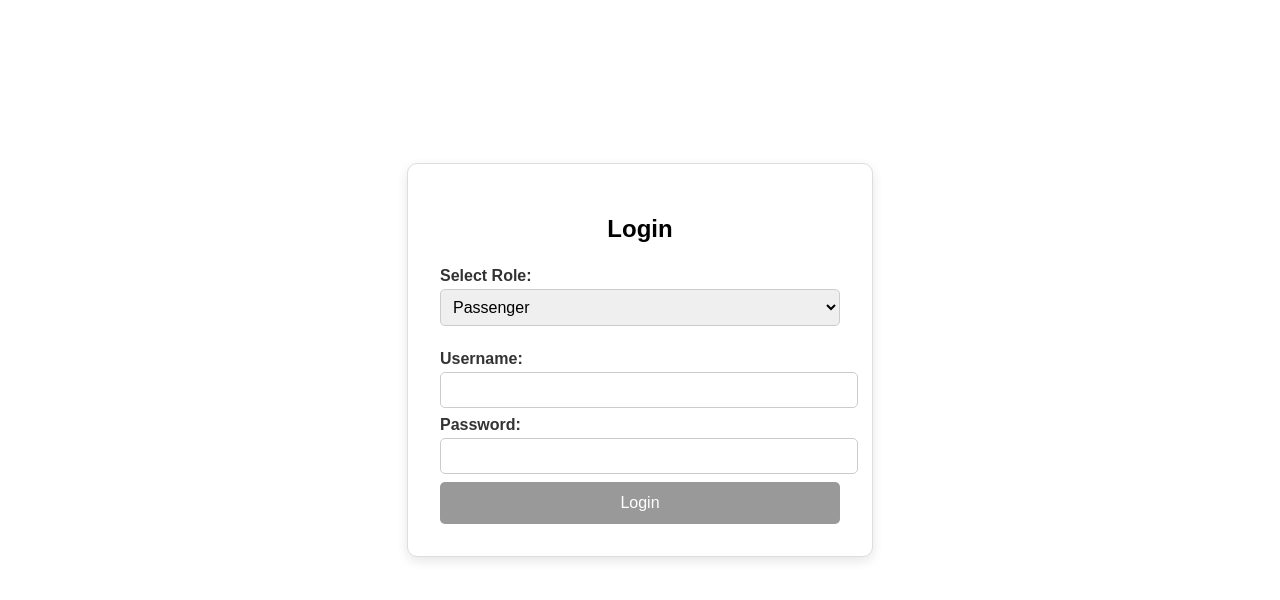
Repository: Shenes35/Booking-system
Page: / (app in frontend/)
The author's editor kept a copy of each file at every save. The page is drawn from the files as they stood at one save, then again after the next save.
The browser window is 1280 px wide. The pictures show the whole page.
The project was rebuilt for these pictures with package versions that can differ from the ones it lists, and the page was loaded fresh each time. Also part of the build but not shown: frontend/src/components/ErrorBoundary.jsx.

Above is the page before, as saved 2025-05-19 20:04:07.

### frontend/src/index.js
import React from 'react';
import ReactDOM from 'react-dom/client';
import './index.css';
import App from './App.jsx';       // ONLY one import of App
import reportWebVitals from './reportWebVitals';

const root = ReactDOM.createRoot(document.getElementById('root'));
root.render(
  <React.StrictMode>
    <App />
  </React.StrictMode>
);

reportWebVitals();

### frontend/src/App.jsx
// App.jsx
import React, { Suspense } from 'react';
import { BrowserRouter as Router, Routes, Route, Navigate } from 'react-router-dom';

import { AuthProvider, AuthContext } from './context/AuthContext';
import { FlightsProvider } from './context/FlightsContext';

// Lazy load components for code splitting
const LoginPage = React.lazy(() => import('./components/LoginPage'));
const AdminDashboard = React.lazy(() => import('./components/AdminDashboard'));
const PassengerWindow = React.lazy(() => import('./components/PassengerWindow'));
const ErrorBoundary = React.lazy(() => import('./components/ErrorBoundary'));

// ProtectedRoute component for route guarding
const ProtectedRoute = ({ children, allowedRoles }) => {
  const { user } = React.useContext(AuthContext);

  if (!user || !allowedRoles.includes(user.role)) {
    // User not logged in or unauthorized role - redirect to login
    return <Navigate to="/" replace />;
  }

  // Authorized access
  return children;
};

const App = () => {
  return (
    <AuthProvider>
      <FlightsProvider>
        <Router>
          <Suspense fallback={<div>Loading...</div>}>
            <ErrorBoundary>
              <Routes>
                {/* Public Route */}
                <Route path="/" element={<LoginPage />} />

                {/* Protected Admin Route */}
                <Route
                  path="/admin"
                  element={
                    <ProtectedRoute allowedRoles={['admin']}>
                      <AdminDashboard />
                    </ProtectedRoute>
                  }
                />

                {/* Protected Passenger Route */}
                <Route
                  path="/passenger"
                  element={
                    <ProtectedRoute allowedRoles={['passenger']}>
                      <PassengerWindow />
                    </ProtectedRoute>
                  }
                />

                {/* Catch-all redirect */}
                <Route path="*" element={<Navigate to="/" replace />} />
              </Routes>
            </ErrorBoundary>
          </Suspense>
        </Router>
      </FlightsProvider>
    </AuthProvider>
  );
};

export default App;

### frontend/src/context/AuthContext.jsx
// context/AuthContext.jsx
import React, { createContext, useState, useEffect, useMemo } from 'react';

// Create the AuthContext
export const AuthContext = createContext();

export const AuthProvider = ({ children }) => {
  // Initialize user from localStorage or null
  const [user, setUser] = useState(() => {
    try {
      const savedUser = localStorage.getItem('user');
      return savedUser ? JSON.parse(savedUser) : null;
    } catch (error) {
      console.error("Failed to parse user from localStorage:", error);
      return null;
    }
  });

  // Update localStorage whenever user changes (except when user is null, remove item)
  useEffect(() => {
    if (user) {
      localStorage.setItem('user', JSON.stringify(user));
    } else {
      localStorage.removeItem('user');
    }
  }, [user]);

  // Login function sets user info (e.g., role and username)
  const login = (role, username) => {
    setUser({ role, username });
  };

  // Logout clears user info
  const logout = () => {
    setUser(null);
  };

  // Derived state for convenience
  const isAuthenticated = !!user;

  // Memoize the context value to avoid unnecessary re-renders
  const value = useMemo(() => ({
    user,
    isAuthenticated,
    login,
    logout,
  }), [user, isAuthenticated]);

  return (
    <AuthContext.Provider value={value}>
      {children}
    </AuthContext.Provider>
  );
};

### frontend/src/context/FlightsContext.jsx
import React, { createContext, useReducer, useEffect } from "react";

// Initial state loaded from localStorage or empty array if none
const initialState = JSON.parse(localStorage.getItem("flights")) || [];

// Reducer to manage flights state: add, clear, update, delete (example cases)
function flightsReducer(state, action) {
  switch (action.type) {
    case "ADD_FLIGHT":
      return [...state, action.payload];

    case "UPDATE_FLIGHT":
      return state.map(flight =>
        flight.id === action.payload.id ? action.payload : flight
      );

    case "DELETE_FLIGHT":
      return state.filter(flight => flight.id !== action.payload.id);

    case "CLEAR_FLIGHTS":
      return [];

    default:
      return state;
  }
}

// Create FlightsContext
export const FlightsContext = createContext();

// FlightsProvider component to wrap app parts needing flights state
export const FlightsProvider = ({ children }) => {
  const [flights, dispatch] = useReducer(flightsReducer, initialState);

  // Sync flights state to localStorage on every change
  useEffect(() => {
    localStorage.setItem("flights", JSON.stringify(flights));
  }, [flights]);

  return (
    <FlightsContext.Provider value={{ flights, dispatch }}>
      {children}
    </FlightsContext.Provider>
  );
};

### frontend/src/components/LoginPage.jsx
import React, { useState, useContext } from 'react';
import { AuthContext } from '../context/AuthContext';
import { useNavigate } from 'react-router-dom';

const LoginPage = () => {
  const { login } = useContext(AuthContext);
  const [role, setRole] = useState('passenger');
  const [username, setUsername] = useState('');
  const [password, setPassword] = useState('');
  const [errors, setErrors] = useState({});
  const navigate = useNavigate();

  const validate = () => {
    const newErrors = {};
    if (!username.trim()) newErrors.username = 'Username is required';
    if (!password.trim()) newErrors.password = 'Password is required';
    return newErrors;
  };

  const handleSubmit = (e) => {
    e.preventDefault();
    const validationErrors = validate();
    if (Object.keys(validationErrors).length > 0) {
      setErrors(validationErrors);
      return;
    }
    setErrors({});
    login(role, username);
    setPassword('');
    if (role === 'admin') navigate('/admin');
    else navigate('/passenger');
  };

  const pageStyle = {
    minHeight: '100vh',
    backgroundColor: '#gggg', // light background
    display: 'flex',
    justifyContent: 'center',
    alignItems: 'center'
  };

  const containerStyle = {
    width: '100%',
    maxWidth: '400px',
    padding: '2rem',
    border: '1px solid #ddd',
    borderRadius: '10px',
    boxShadow: '0 4px 12px rgba(0, 0, 0, 0.1)',
    backgroundColor: '#fff',
    fontFamily: 'Arial, sans-serif'
  };

  const labelStyle = {
    fontWeight: 'bold',
    marginBottom: '0.25rem',
    display: 'block',
    color: '#333'
  };

  const inputStyle = {
    width: '100%',
    padding: '0.5rem',
    borderRadius: '5px',
    border: '1px solid #ccc',
    marginBottom: '0.5rem',
    fontSize: '1rem'
  };

  const errorStyle = {
    color: 'red',
    fontSize: '0.875rem',
    marginBottom: '0.5rem'
  };

  const buttonStyle = {
    width: '100%',
    padding: '0.75rem',
    backgroundColor: '#007bff',
    color: '#fff',
    border: 'none',
    borderRadius: '5px',
    fontSize: '1rem',
    cursor: 'pointer',
    transition: 'background-color 0.3s ease'
  };

  const disabledButtonStyle = {
    ...buttonStyle,
    backgroundColor: '#999',
    cursor: 'not-allowed'
  };

  return (
    <div style={pageStyle}>
      <main style={containerStyle}>
        <h2 style={{ textAlign: 'center', marginBottom: '1.5rem' }}>Login</h2>
        <form onSubmit={handleSubmit} noValidate>
          <div style={{ marginBottom: '1rem' }}>
            <label htmlFor="role-select" style={labelStyle}>Select Role:</label>
            <select
              id="role-select"
              value={role}
              onChange={e => setRole(e.target.value)}
              style={inputStyle}
              aria-label="Select user role"
            >
              <option value="admin">Admin</option>
              <option value="passenger">Passenger</option>
            </select>
          </div>

          <div>
            <label htmlFor="username" style={labelStyle}>Username:</label>
            <input
              id="username"
              name="username"
              type="text"
              value={username}
              onChange={e => setUsername(e.target.value)}
              autoComplete="username"
              style={inputStyle}
              aria-describedby="username-error"
            />
            {errors.username && <div id="username-error" style={errorStyle}>{errors.username}</div>}
          </div>

          <div>
            <label htmlFor="password" style={labelStyle}>Password:</label>
            <input
              id="password"
              name="password"
              type="password"
              value={password}
              onChange={e => setPassword(e.target.value)}
              autoComplete="current-password"
              style={inputStyle}
              aria-describedby="password-error"
            />
            {errors.password && <div id="password-error" style={errorStyle}>{errors.password}</div>}
          </div>

          <button
            type="submit"
            disabled={!username.trim() || !password.trim()}
            style={!username.trim() || !password.trim() ? disabledButtonStyle : buttonStyle}
          >
            Login
          </button>
        </form>
      </main>
    </div>
  );
};

export default LoginPage;

Loaded but not shown: frontend/public/index.html (common file); frontend/src/index.css (common file); frontend/src/reportWebVitals.js (common file)

After the next save:
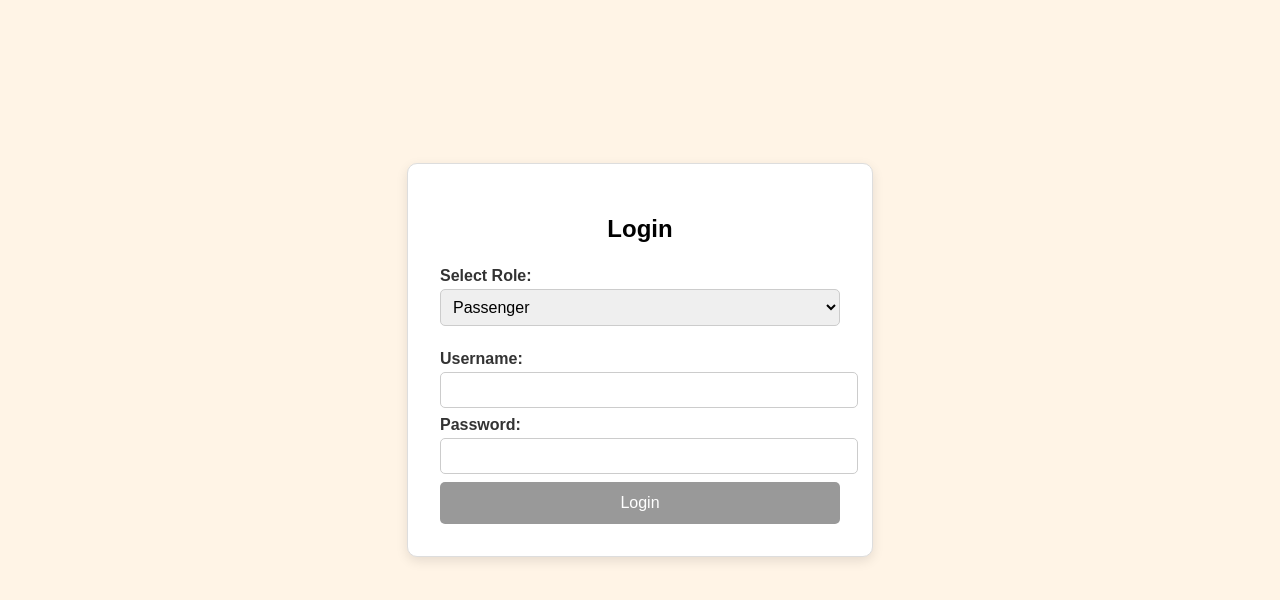
Saved 54 s later.
--- a/frontend/src/components/LoginPage.jsx
+++ b/frontend/src/components/LoginPage.jsx
@@ -33,7 +33,7 @@ const LoginPage = () => {
 
   const pageStyle = {
     minHeight: '100vh',
-    backgroundColor: '#gggg', // light background
+    backgroundColor: '#fff4e6', // light background
     display: 'flex',
     justifyContent: 'center',
     alignItems: 'center'
